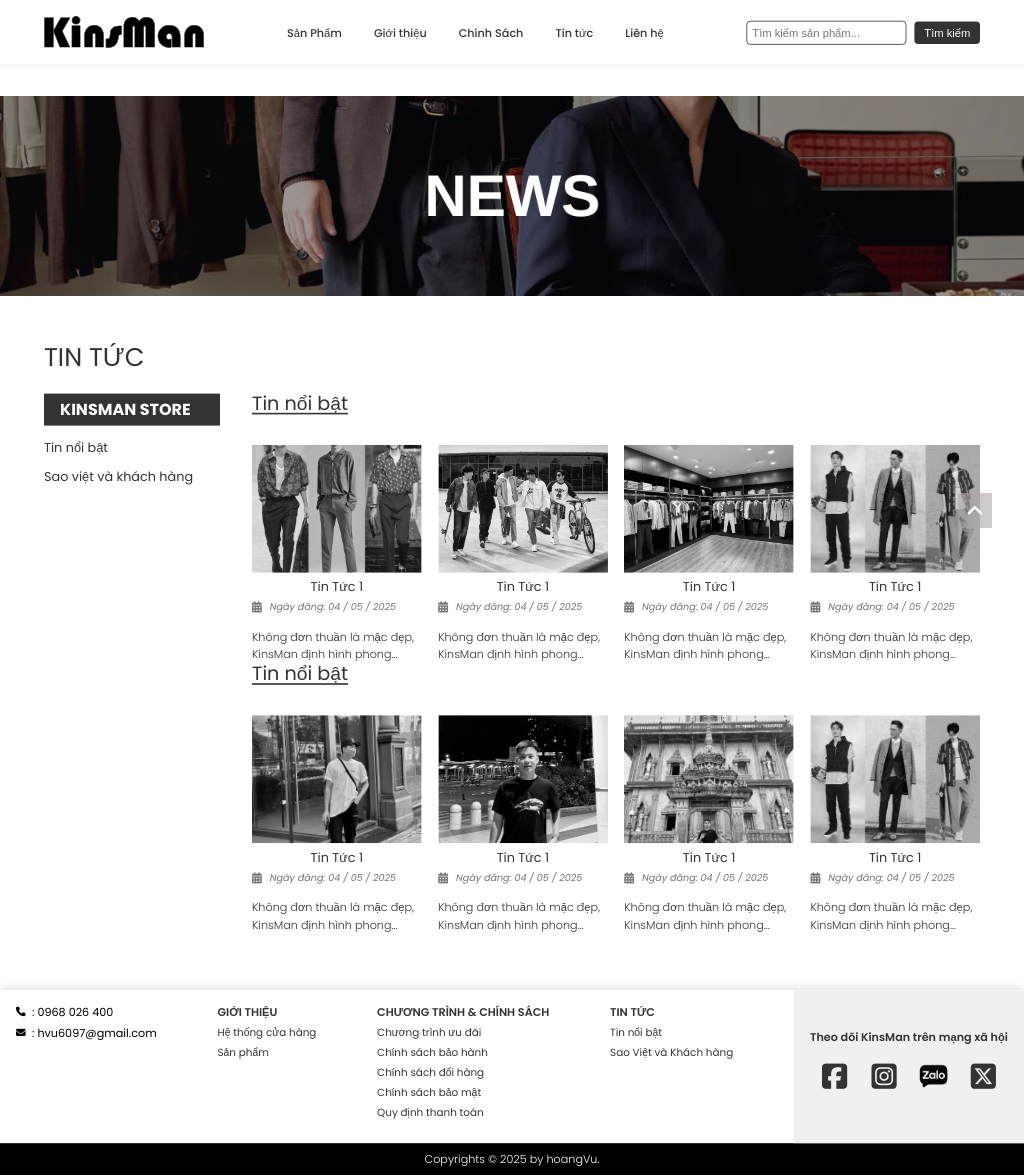
Repository: hoang28092000/kinsmanClothes
Page: category/news.html
These files come from the project's save history. The page is drawn as it stood at one moment and after a run of saves; the edit follows.
The browser window is 1280 px wide. The pictures show the whole page, at 80% of full size.

Above is the page before, as saved 2025-05-08 12:46:48.
Console error: TypeError: Cannot read properties of null (reading 'addEventListener')

After the next 2 saves:
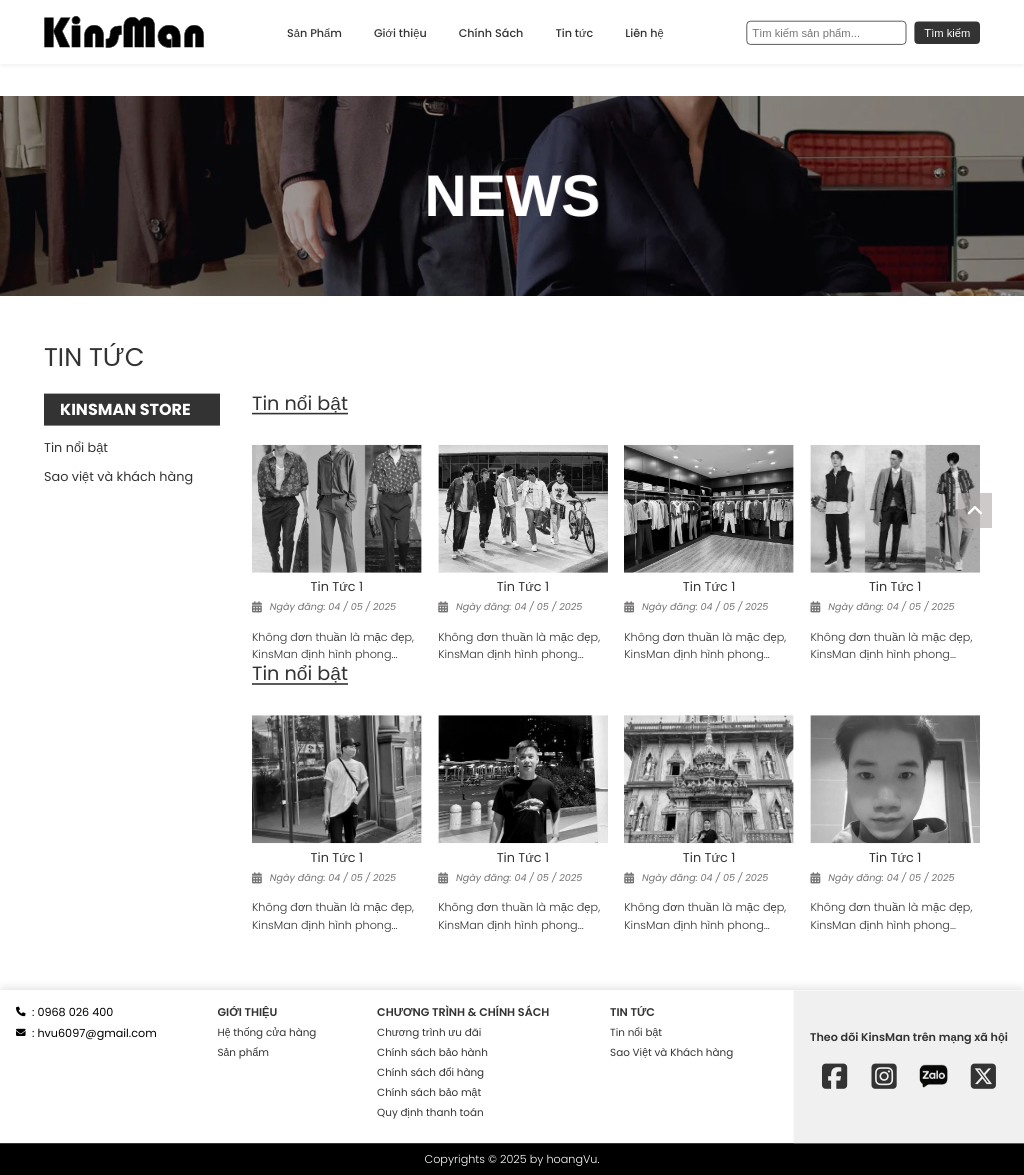
The 2 saves are shown as one change because they came seconds apart.
The last was saved 6 s later.
--- a/category/news.html
+++ b/category/news.html
@@ -227,7 +227,7 @@
                 <article class="card-news">
                   <a href="">
                     <div class="img-news">
-                        <img src="../asset/image/news-1.jpeg" alt="" />
+                        <img src="../asset/image/celep-7.jpg" alt="" />
                     </div>
                     <h3 class="name-news"><a href="">
                         Tin Tức 1
